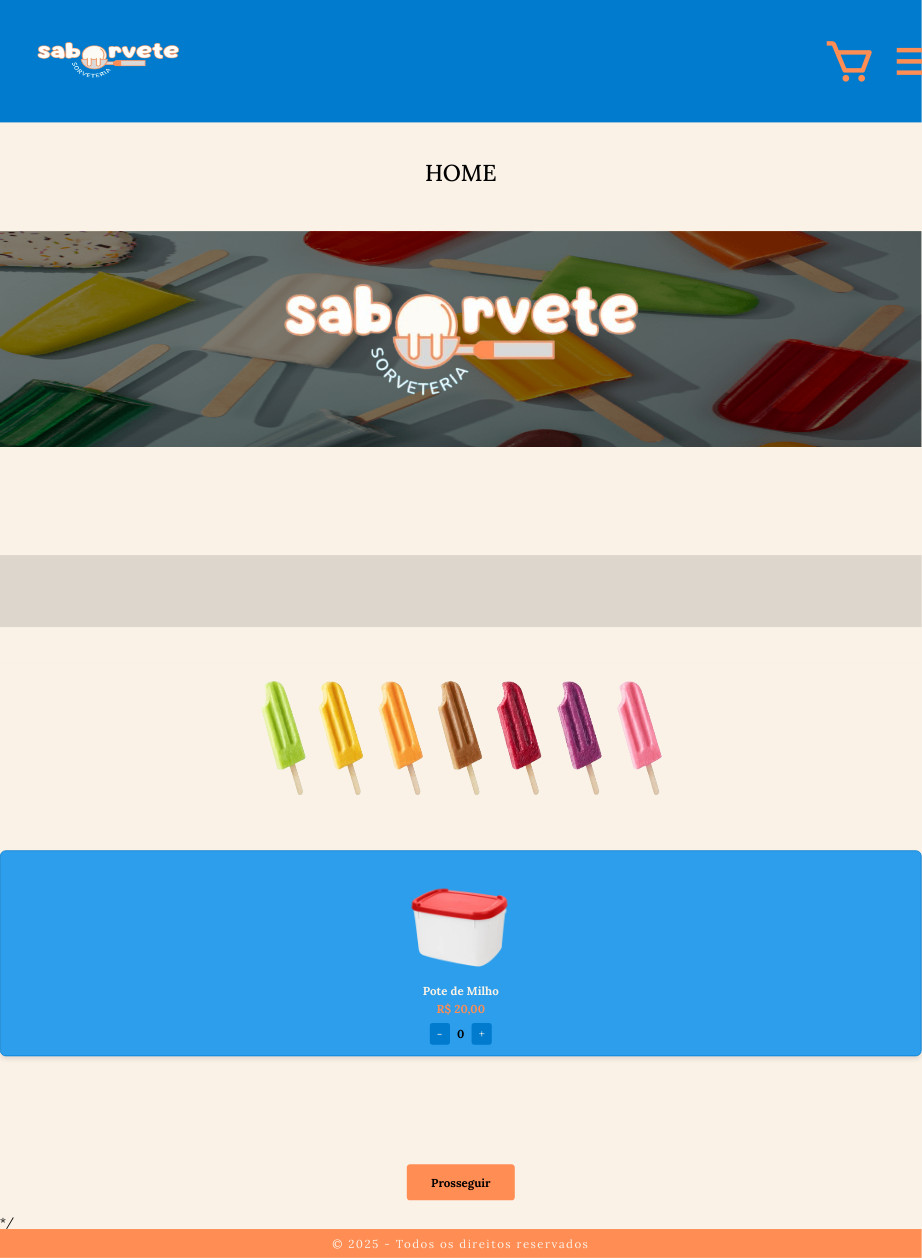
Repository: pedropastoriz/pdv-sorveteria
Page: frontend/home.html
An editor plug-in stored every save of this project. The page is shown before and after the next save, followed by the edit.
The browser window is 1280 px wide. The pictures show the whole page, at 72% of full size.
The page's requests for data from a server got no answer.

Above is the page before, as saved 2025-04-10 09:22:23.

After the next save:
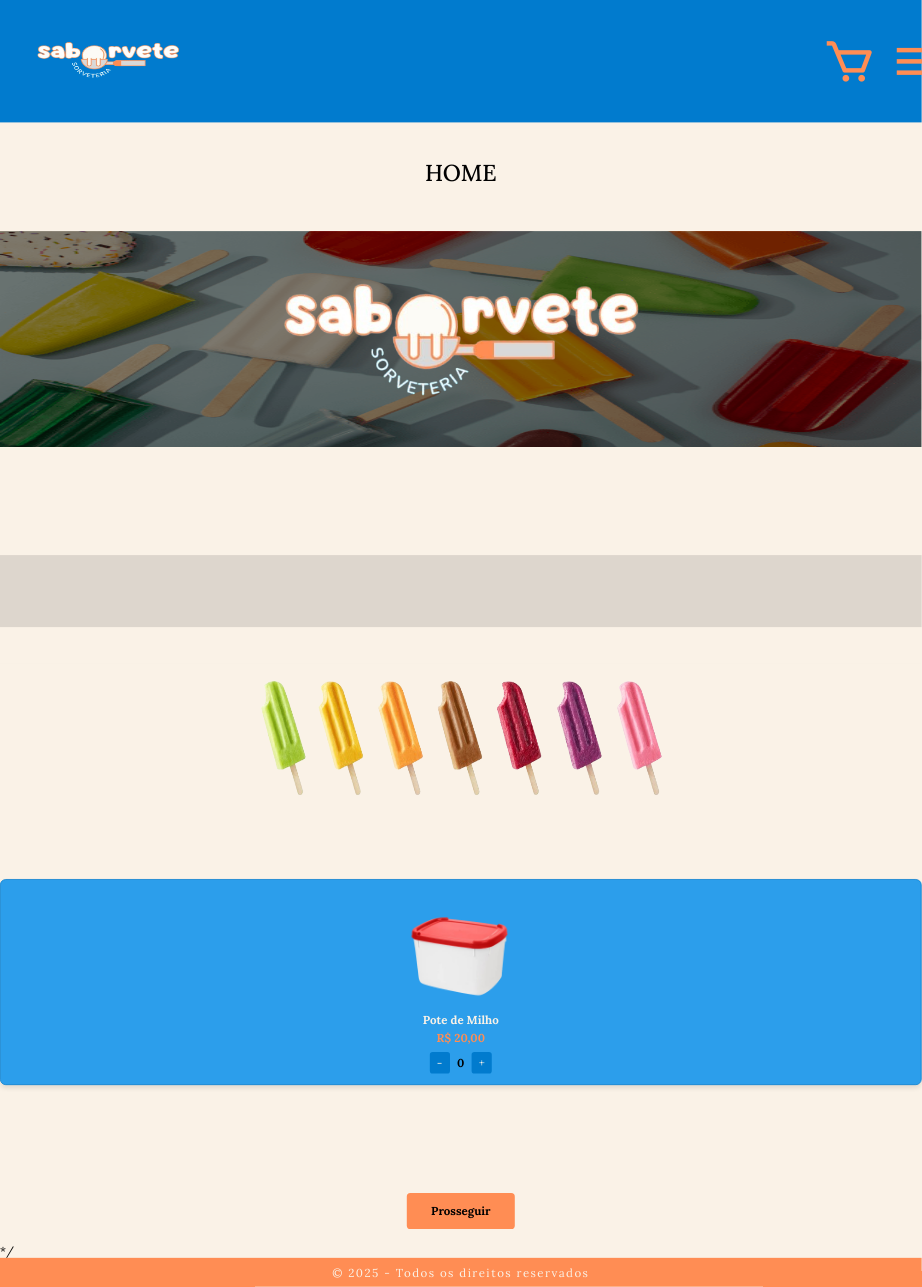
Saved 12 s later.
--- a/frontend/home.html
+++ b/frontend/home.html
@@ -176,6 +176,8 @@
                     </div>
 
   -->
+  <div id="lista-produtos" class="produtos-container"></div>
+
                     <div class="produto">
                         <img src="Imagens/poteSorvete.png" alt="PoteSorvete-05">
                         <h3>Pote de Milho</h3>
